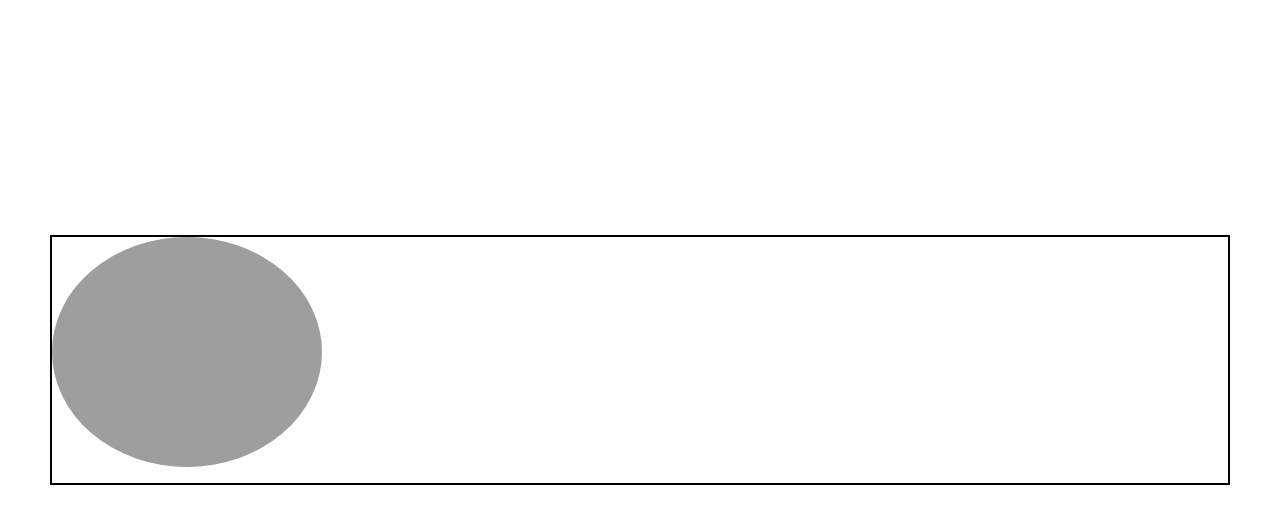
Repository: ahsankalim09/light-Agency
Page: services.html
These files come from the project's save history. The page is drawn as it stood at one moment and after the next save; the edit follows.
The browser window is 1280 px wide. The pictures show the whole page.
Pictures or frames that could not be fetched are drawn as grey boxes.

Above is the page before, as saved 2020-10-11 19:39:06.

### services.html
<html>
  <head>
    <title>Light Agency Market</title>
    <style>
      * {
        margin: 0px;
        padding: 0px;
        box-sizing: border-box;
      }
      section{
          /* background-color: #000000d9; */
      }
      .container-data {
          text-align: center;
          padding: 50px;
        overflow: hidden;
        width: 100%;
        height: 100vh;
        box-sizing: border-box;
        display: flex;
        justify-content: center;
        flex-direction: column;
        justify-content: center;
        flex-wrap:wrap;
      }

      a{
        display: block;
        /* width: 250px; */
        height: 250px;
        border: 2px solid black;
      }
      /* img {
        width: 200px;
        height: 200px;
        cursor: pointer;
        border-radius: 50%;
        transition: all 2s;
        border: 2px solid transparent;
      } */

      .facebook{
        display: block;
        width: 270px;
        height: 230px;
        cursor: pointer;
        background-image: url('./assests/images/social-media/PUZZLE1.png');
        background-size: cover;
        background-position: center;
        border-radius: 50%;
        transition: all 1.5s;

      }

      .facebook:hover{
        background-image: url('./assests/bg-services/PUZZLE1.png');
        width: 205px;
        height: 205px;
      }

      /* img:hover{
          border: 2px solid yellow;
          border-radius: 50%;
          transform: scaleX(1.5);
      } */
    </style>
  </head>
  <body>
      <section>
    <div class="container-data">
      <a href="#">
          <div class="facebook">

          </div>
      </a>

    <!-- <a href="facebook.html"><img  class="facebook"  src="./assests/images/social-media/PUZZLE1.png" /></a>
    <a href="linkdin.html"><img src="./assests/images/social-media/PUZZLE2.png" /></a>
        <a href="twitter.html"><img src="./assests/images/social-media/PUZZLE3.png" /></a>
            <a href="youtube.html"><img src="./assests/images/social-media/PUZZLE4.png" /></a>
                <a href="pinterest.html"><img src="./assests/images/social-media/PUZZLE5.png" /></a>
                    <a href="pinterest.html"><img src="./assests/images/social-media/PUZZLE6.png" /></a>
                        <a href="pinterest.html"><img src="./assests/images/social-media/PUZZLE7.png" /></a>
                            <a href="pinterest.html"><img src="./assests/images/social-media/PUZZLE8.png" /></a>
                                <a href="pinterest.html"><img src="./assests/images/social-media/PUZZLE9.png" /></a>
                                    <a href="pinterest.html"><img src="./assests/images/social-media/PUZZLE10.png" /></a> -->

        </section>



    </div>
  </body>
</html>

After the next save:
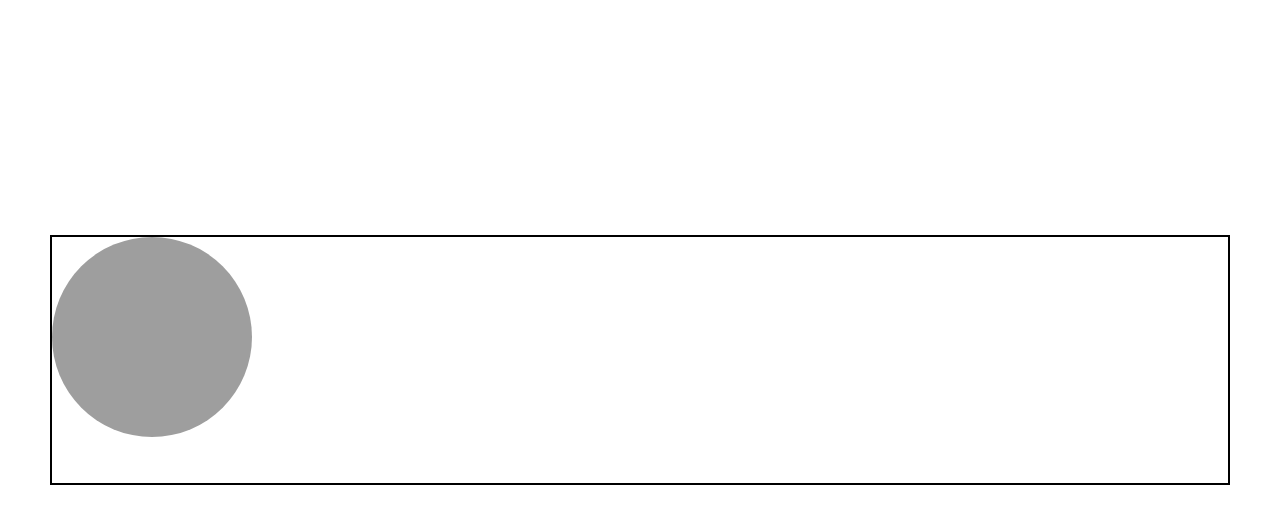
Saved 26 s later.
--- a/services.html
+++ b/services.html
@@ -41,8 +41,8 @@
 
       .facebook{
         display: block;
-        width: 270px;
-        height: 230px;
+        width: 200px;
+        height: 200px;
         cursor: pointer;
         background-image: url('./assests/images/social-media/PUZZLE1.png');
         background-size: cover;
